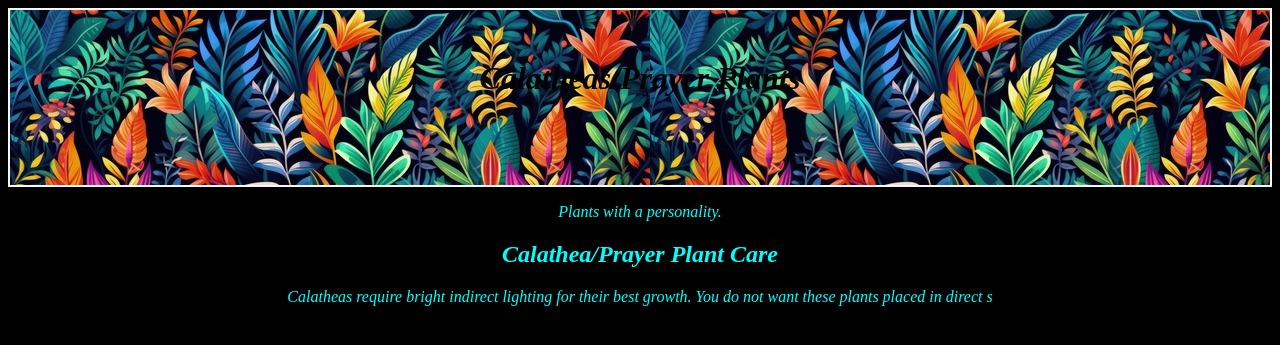
Repository: swillis91/odin-recipies
Page: Planty Page/calatheas.html
The author's editor kept a copy of each file at every save. The page is drawn from the files as they stood at one save, then again after the next save.
The browser window is 1280 px wide. The pictures show the whole page.

Above is the page before, as saved 2023-08-09 23:53:48.

### Planty Page/calatheas.html
<!DOCTYPE html>
    <html>
        <head>
            <title>Calatheas</title>
            <link href="style.css" rel="stylesheet"
        </head>
        <body>
            <h1 class="heading">Calatheas/Prayer Plants</h1>
              <p>Plants with a personality.</p>
            <h2>Calathea/Prayer Plant Care</h2>
              <p>Calatheas require bright indirect lighting for their best growth. You do not want these plants placed in direct s</p>
        </body>
    </html>

### Planty Page/style.css
body{
    background-color: black;
    color:aqua;
    text-align: center;
    font-family:cursive;
    font-style: oblique;
}

.heading{
    color: rgba(0, 0, 0, 0.974);
    border: 2px solid rgb(244, 247, 247);
    background-image: url('Images/banner.jpg');
    height: 75px;
    margin: 0 auto;
    padding:50px 20px;

}

After the next save:
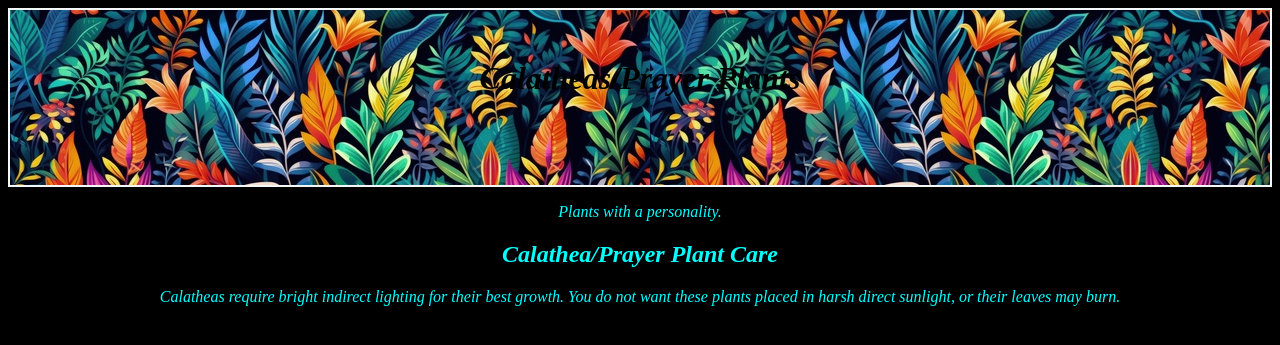
Saved 19 s later.
--- a/Planty Page/calatheas.html
+++ b/Planty Page/calatheas.html
@@ -8,6 +8,6 @@
             <h1 class="heading">Calatheas/Prayer Plants</h1>
               <p>Plants with a personality.</p>
             <h2>Calathea/Prayer Plant Care</h2>
-              <p>Calatheas require bright indirect lighting for their best growth. You do not want these plants placed in direct s</p>
+              <p>Calatheas require bright indirect lighting for their best growth. You do not want these plants placed in harsh direct sunlight, or their leaves may burn.</p>
         </body>
     </html>
